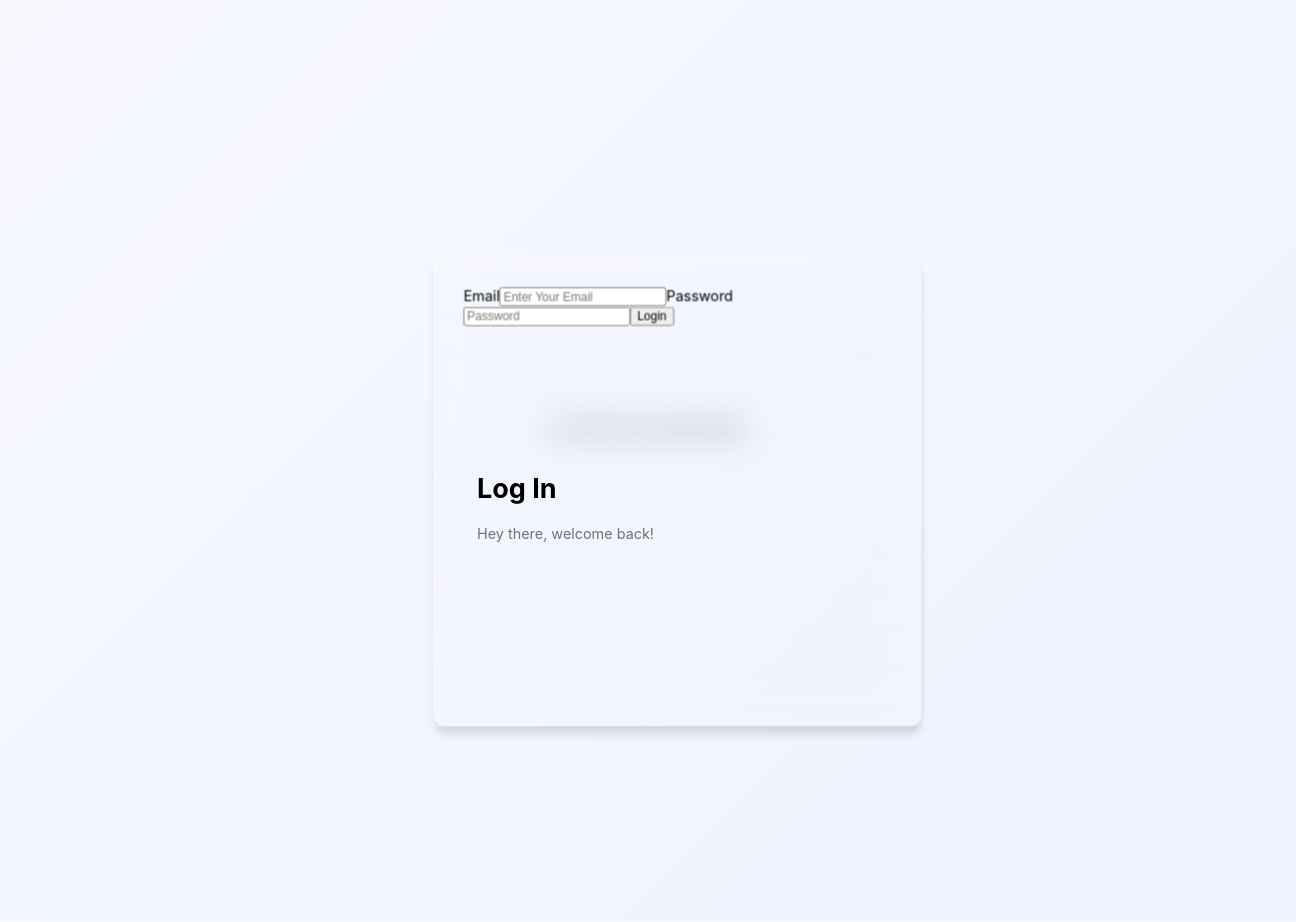
Repository: AfifaNoor/Admin_Panel-React-
Page: /
The author's editor kept a copy of each file at every save. The page is drawn from the files as they stood at one save, then again after the next save.
The browser window is 1280 px wide. The page is 1440 px wide, so the pictures cover 1440 px, including what lies to the right of the window. The pictures show the whole page, at 90% of full size.
The project was rebuilt for these pictures with package versions that can differ from the ones it lists, and the page was loaded fresh each time. Also part of the build but not shown: src/SignUp.jsx.

Above is the page before, as saved 2025-07-10 15:53:13.

### src/App.js
import React from 'react'
import LoginPage from './LoginPage'
import { RouterProvider } from 'react-router-dom'
import Router from './Router'

const App = () => {
  return (
    <>
      {/* <RouterProvider router={Router}/> */}
      <LoginPage/>
    </>


  )
}

export default App

### src/LoginPage.jsx
import React, { useState } from 'react'
// import {Navigate, useNavigate} from 'react-router-dom';
import "./LoginPage.css"
import { ToastContainer, toast } from 'react-toastify';
import 'react-toastify/dist/ReactToastify.css';

const LoginPage = () => {
    const[email , setEmail]=useState('')
    const [password , setPassword] = useState('')
    // const navigate= useNavigate();

const handleSubmit =(e)=>{
    e.preventDefault();

 const hardcoreMail="login@gmail.com";
 const hardcorePassword = '1234567'

    if (email=== hardcoreMail && password === hardcorePassword){
        alert("Login Successfull")

    }else{
        alert("Invalid Credential")
    }

}



  return (
 <div className="login-container">

      <div className="signup-redirect">
        <p>
          Don’t have an account?{' '}
          {/* <span className="signup-link" onClick={() => navigate('/sign-up')}> */}
            {/* Sign Up */}
          {/* </span> */}
          <span className="signup-link" >
            Sign
          </span>
        </p>
      </div>

      <div className="title">
        <h1>Log In</h1>
        <p>Hey there, welcome back!</p>
      </div>

    <div>



    </div>

      <form className="login-form" onSubmit={handleSubmit}>
      <label className='form-label'>Email</label>
        <input
          type="email"
          className="form-input"
          value={email}
          placeholder="Enter Your Email"
          onChange={(e) => setEmail(e.target.value)}
          required
        />

        <label className='form-label'>Password</label>
        <input
          type="password"
          className="form-input"
          placeholder="Password"
          value={password}
          onChange={(e) => setPassword(e.target.value)}
          required
        />

        <button className="login-btn" type="submit">
          Login
        </button>

        {/* <ToastContainer /> */}
      </form>
    </div>
  );
}

export default LoginPage

### src/Router.jsx
import React from 'react';
import { createBrowserRouter , createRoutesFromElements , Route } from 'react-router-dom';
import LoginPage from './LoginPage';
import SignUp from './SignUp';

const Router = createBrowserRouter(
  createRoutesFromElements(
    <>

      <Route path='/sign-up' element={<SignUp/>}/>
      <Route path='login-page' element={<LoginPage/>}/>
    </>
  )
)

export default Router;

### src/LoginPage.css
.login-container {
  width: 1440px;
  height: 1024px;
  /* background: #FFFFFF; */
  opacity: 1;
  transform: rotate(0deg);
  display: flex;
  justify-content: center;
  align-items: center;
  background: linear-gradient(135deg, #f8f9ff, #eef2ff);
  flex-direction: column;
  /* font-family: 'Inter','sans-serif'; */
  position: relative;


}


.title{
  z-index: 3;
  width: 380px;
  height: 72px;
  opacity: 1;
  gap: 10px;

}

.title h1 {
width: 380px;
height: 40px;
font-family: 'Inter', sans-serif;
font-weight: 600px;
font-size: 30px;
line-height: 40px;
letter-spacing: -1%;
}

.title p{
  font-size: 16px;
  font-style: Inter;
  font-weight: 400px;
  font-style:normal;
  line-height: 22px;
  letter-spacing: -1%;
  color: rgba(107, 114, 128, 1);

}

.login-form{
  width: 476px;
  height: 456px;
  position: absolute;
  top: 284.5px;
  left: 482px;
  border-radius: 12px;
  padding: 32px;
  gap: 10px;
  opacity: 1;
  flex-direction: column;

  z-index: 2;

  background: linear-gradient(180deg, rgba(255, 255, 255, 0) -9.58%, rgba(255, 255, 255, 0.052) 100%);
  border: 1px solid transparent;
  border-image-source: linear-gradient(93.78deg, #FFFFFF 8.04%, rgba(255, 255, 255, 0) 100%);
  border-image-slice: 1;


-webkit-backdrop-filter: blur(20px);
backdrop-filter: blur(20px);

box-shadow:
  0px 10px 10px 0px rgba(0, 0, 0, 0.10),
  0px 4px 4px 0px rgba(0, 0, 0, 0.05),
  0px 1px 0px 0px rgba(0, 0, 0, 0.05),
  inset 0px 20px 50px 0px rgba(255, 255, 255, 0.15);

}

.form-label{
width: 380px;
height: 78px;
transform: rotate(0deg);
opacity: 1;
gap: 12px;

}

.form-input{

}

Loaded but not shown: public/index.html (common file); src/index.js (common file); src/index.css (common file); src/reportWebVitals.js (common file)

After the next save:
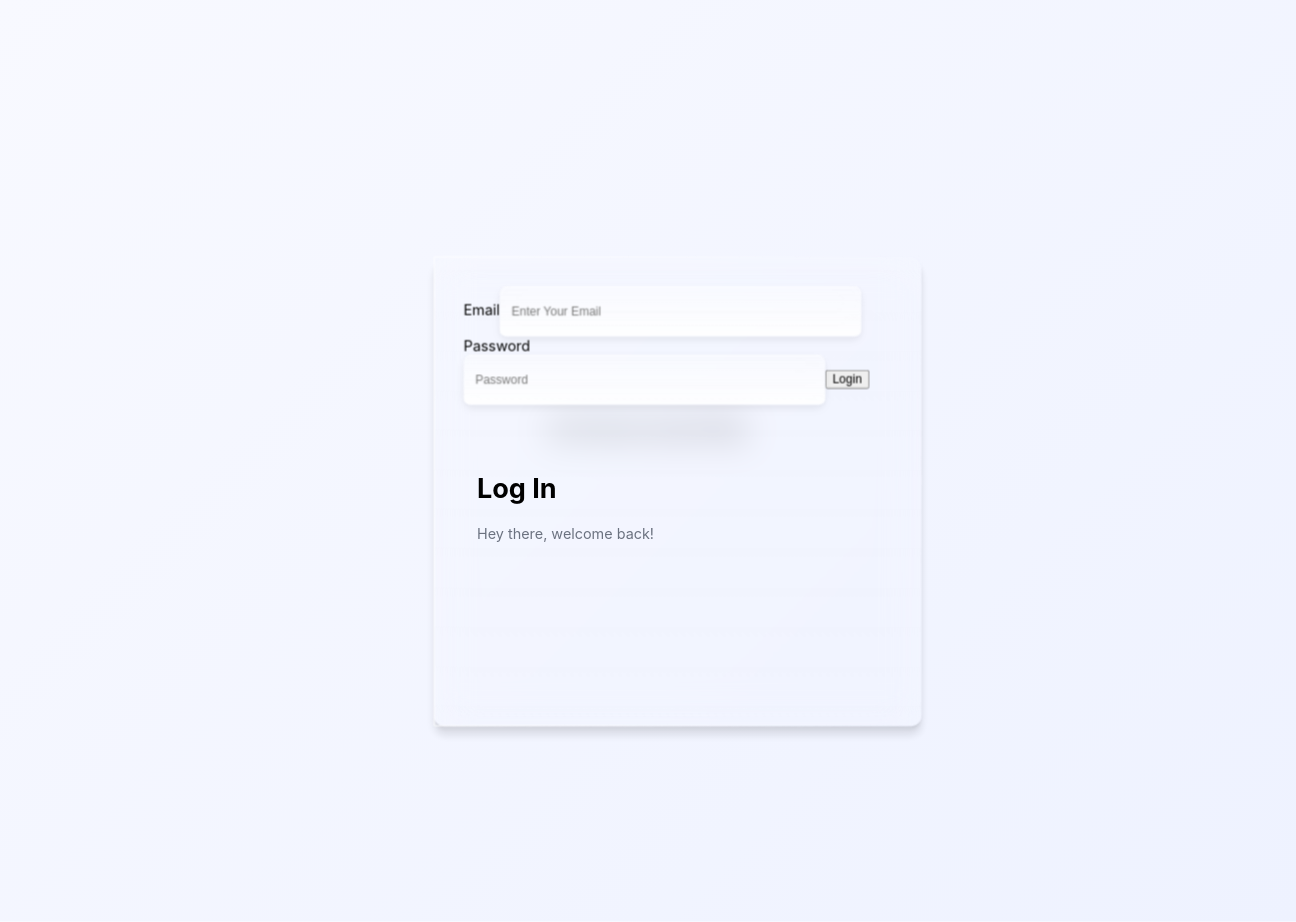
Saved 107 s later.
--- a/src/LoginPage.css
+++ b/src/LoginPage.css
@@ -88,4 +88,27 @@ gap: 12px;
 
 .form-input{
 
+ width: 380px;
+  height: 44px;
+  min-width: 140px;
+  max-width: 500px;
+  transform: rotate(0deg);
+  opacity: 1;
+  border-radius: 8px;
+  border-width: 1px;
+  padding: 5px 8px 5px 12px;
+  gap: 8px;
+
+  background: linear-gradient(0deg, rgba(255, 255, 255, 0.9) 0%, rgba(255, 255, 255, 0.4) 100%);
+  border: 1px solid transparent; /* fallback for border-image */
+
+  border-image:
+    linear-gradient(0deg, rgba(255, 255, 255, 0.1), rgba(255, 255, 255, 0.1)),
+    linear-gradient(360deg, rgba(255, 255, 255, 0.5) 0%, rgba(255, 255, 255, 0) 100%);
+  border-image-slice: 1;
+
+  backdrop-filter: blur(20px);
+  -webkit-backdrop-filter: blur(20px);
+  box-shadow: 0 4px 10px rgba(0,0,0,0.08);
+  cursor: pointer;
 }
